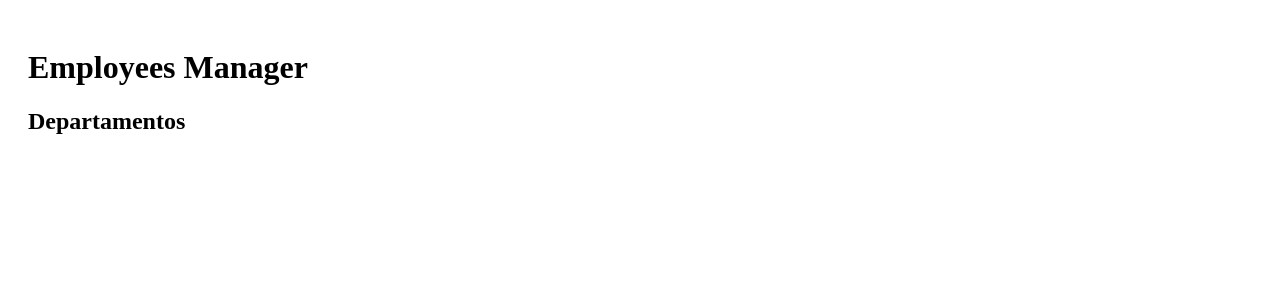
Repository: AnaSofiaRosero/parcial-4
Page: /
The author's editor kept a copy of each file at every save. The page is drawn from the files as they stood at one save, then again after the next save.
The browser window is 1280 px wide. The pictures show the whole page.
The project was rebuilt for these pictures with package versions that can differ from the ones it lists, and the page was loaded fresh each time. Also part of the build but not shown: vite.config.ts, src/index.css.

Above is the page before, as saved 2026-06-02 12:53:18.
Console error: TypeError: Cannot read properties of undefined (reading 'from')

### index.html
<!doctype html>
<html lang="en">
  <head>
    <meta charset="UTF-8" />
    <link rel="icon" type="image/svg+xml" href="/favicon.svg" />
    <meta name="viewport" content="width=device-width, initial-scale=1.0" />
    <title>employees-manager</title>
  </head>
  <body>
    <div id="root"></div>
    <script type="module" src="/src/main.tsx"></script>
  </body>
</html>

### src/App.tsx
import { useEffect, useState } from "react";
import { supabase } from "./supabaseClient";
import type { Departamento } from "./types";

function App() {
  const [departamentos, setDepartamentos] = useState<Departamento[]>([]);

  useEffect(() => {
    cargarDepartamentos();
  }, []);

  const cargarDepartamentos = async () => {
    const { data, error } = await supabase
      .from("departamentos")
      .select("*");

    if (error) {
      console.log(error);
      return;
    }

    setDepartamentos(data || []);
  };

  return (
    <div style={{ padding: "20px" }}>
      <h1>Employees Manager</h1>

      <h2>Departamentos</h2>

      {departamentos.map((departamento) => (
        <div key={departamento.id}>
          <p>
            <strong>{departamento.nombre}</strong>
          </p>

          <p>{departamento.ubicacion}</p>

          <hr />
        </div>
      ))}
    </div>
  );
}

export default App;

Loaded but not shown: src/main.tsx (common file); src/supabaseClient.ts (no stored copy; drawn as an empty file)

After the next save:
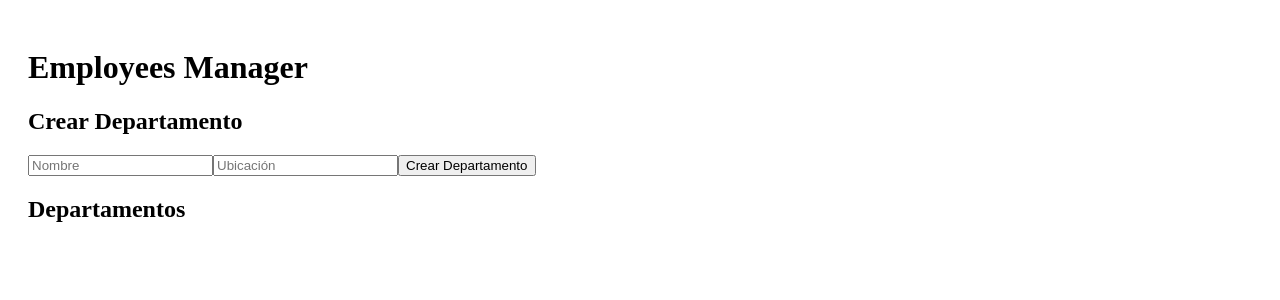
Saved 4 min 5 s later.
--- a/src/App.tsx
+++ b/src/App.tsx
@@ -4,6 +4,8 @@ import type { Departamento } from "./types";
 
 function App() {
   const [departamentos, setDepartamentos] = useState<Departamento[]>([]);
+  const [nombre, setNombre] = useState("");
+  const [ubicacion, setUbicacion] = useState("");
 
   useEffect(() => {
     cargarDepartamentos();
@@ -22,9 +24,50 @@ function App() {
     setDepartamentos(data || []);
   };
 
+  const crearDepartamento = async () => {
+    const { error } = await supabase
+      .from("departamentos")
+      .insert([
+        {
+          nombre,
+          ubicacion,
+        },
+      ]);
+
+    if (error) {
+      console.log(error);
+      return;
+    }
+
+    setNombre("");
+    setUbicacion("");
+
+    cargarDepartamentos();
+  };
+
   return (
     <div style={{ padding: "20px" }}>
       <h1>Employees Manager</h1>
+
+      <h2>Crear Departamento</h2>
+
+      <input
+        type="text"
+        placeholder="Nombre"
+        value={nombre}
+        onChange={(e) => setNombre(e.target.value)}
+      />
+
+      <input
+        type="text"
+        placeholder="Ubicación"
+        value={ubicacion}
+        onChange={(e) => setUbicacion(e.target.value)}
+      />
+
+      <button onClick={crearDepartamento}>
+        Crear Departamento
+      </button>
 
       <h2>Departamentos</h2>
 
